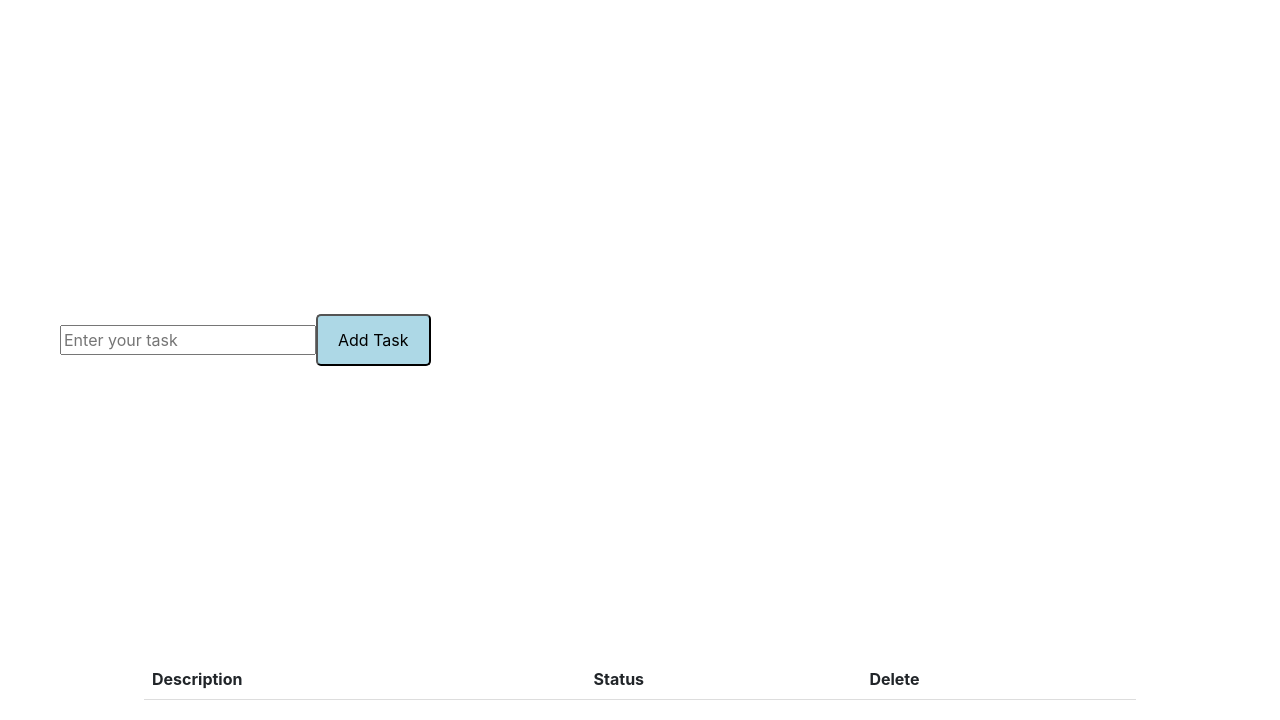
Repository: 12Arc/todoapp
Page: / (app in client/)
The author's editor kept a copy of each file at every save. The page is drawn from the files as they stood at one save, then again after the next save.
The browser window is 1280 px wide. The pictures show the whole page.
The page's requests for data from a server got no answer. Some web libraries are served in a nearby version. The project was rebuilt for these pictures with package versions that can differ from the ones it lists, and the page was loaded fresh each time. No one was signed in, and anything a server would have sent is missing.

Above is the page before, as saved 2024-05-14 00:01:28.

### client/src/App.js
import React, { Fragment } from "react";
import "./App.css";

// Components
import AddTask from './components/Input';
import ListTodo from "./components/List";

function App() {
  return (

      <div className="main-container">

          <AddTask />

          <ListTodo />

    </div>

  );
}

export default App;

### client/src/App.css
.App {
  text-align: center;
}

.App-logo {
  height: 40vmin;
  pointer-events: none;
}

@media (prefers-reduced-motion: no-preference) {
  .App-logo {
    animation: App-logo-spin infinite 20s linear;
  }
}

.main-container {
  display: flex;
  flex-direction: column;
  align-items: center;
  justify-content: flex-start;
  width: 100vw;
  min-height: 100vh;
  padding: 20px;
}

/* Optional: Adjustments if you prefer side-by-side layout */








.App-header {
  background-color: #282c34;
  min-height: 100vh;
  display: flex;
  flex-direction: column;
  align-items: center;
  justify-content: center;
  font-size: calc(10px + 2vmin);
  color: white;
}

.App-link {
  color: #61dafb;
}

@keyframes App-logo-spin {
  from {
    transform: rotate(0deg);
  }
  to {
    transform: rotate(360deg);
  }
}

### client/src/components/Input.js
import React, {useState} from 'react';
import '../styles.css'; // Import the CSS directly
import axios from 'axios'


const AddTask= ()=>{
    //axios.defaults.baseURL = "http://localhost:8080";
    const[task, setTask] = useState("")
    const handleChange=(e)=>{
        setTask(e.target.value)

    }
    const handleSubmit=async(e)=>{
        e.preventDefault()
        try{
            const response = await axios.post('http://localhost:8080/todolist/add',{task} )
            console.log(response.data)
            setTask("")
            alert("Task added!")


        }catch(error){
            console.log("Error in posting task", error)
        }

    }

    return (

        <div className="box">
            <form className="inputbox" onSubmit={handleSubmit}>
                <input
                    type="text"
                    placeholder="Enter your task"
                    value={task}
                    onChange={handleChange}/>
                <button className="button" type="submit" >Add Task</button>
            </form>
        </div>
    )
}

export default AddTask

### client/src/components/List.js
import React, {useState, Fragment, useEffect} from 'react'
import axios from 'axios'
import '../styles.css';
const ListTodo = ()=>{

    const [List, setList] = useState([])

    const getTodo = async()=>{
        try{
            const response = await axios.get("http://localhost:8080/todolist/",List)
            setList(response.data)
        }catch(err){
            console.error(err.message)
        }
    }
    useEffect(() => {
        getTodo();
      }, []);
    console.log(List)

    return (

        <Fragment>
            <table >
                <thead>
                    <tr>
                    <th>Description</th>
                    <th>Status</th>
            <       th>Delete</th>
                    </tr>
                </thead>
                <tbody>
                {List.map(item=>(
                    <tr key={item._id}>
                        <td>{item.task}</td>
                        <td><button>Complete</button></td>
                        <td><button>Delete</button></td>

                    </tr>
                ))}
             </tbody>
            </table>
        </Fragment>
    )
}

export default ListTodo

### client/src/styles.css



  /* Styles for the input container */
  .inputbox {
    margin-bottom: 20px; /* Adds space between the input form and the list */
}

  /* Ensure the input field itself is styled appealingly */
  .box, .inputbox {
    width: 100%; /* Use full width to ensure alignment */
    display: block; /* Ensures that elements stack vertically */
    margin: auto; /* Center the box horizontally */
    padding: 20px; /* Provides padding around the content */
}

  /* Reset default margins and paddings */
  body {
    margin: 0;
    padding: 0;
    display: flex;
    justify-content: center;
    align-items: center;
    height: 100vh;
  }

  .button{
    padding: 12px 20px;
    cursor: pointer;
    border-radius: 5px;
    background-color: lightblue;


  }

  table {
    width: 80%; /* Adjust based on your design preference */
    margin: 0 auto; /* Center the table horizontally within its container */
    border-collapse: collapse; /* Clean up borders */
}

th, td {
    padding: 8px; /* Padding inside table cells */
    text-align: left; /* Align text to the left */
    border-bottom: 1px solid #ddd; /* Light border for separation */
}

tbody tr:nth-child(odd) {
    background-color: #f9f9f9; /* Zebra striping for rows */
}

Loaded but not shown: client/public/index.html (common file); client/src/index.js (common file); client/src/index.css (common file)

After the next save:
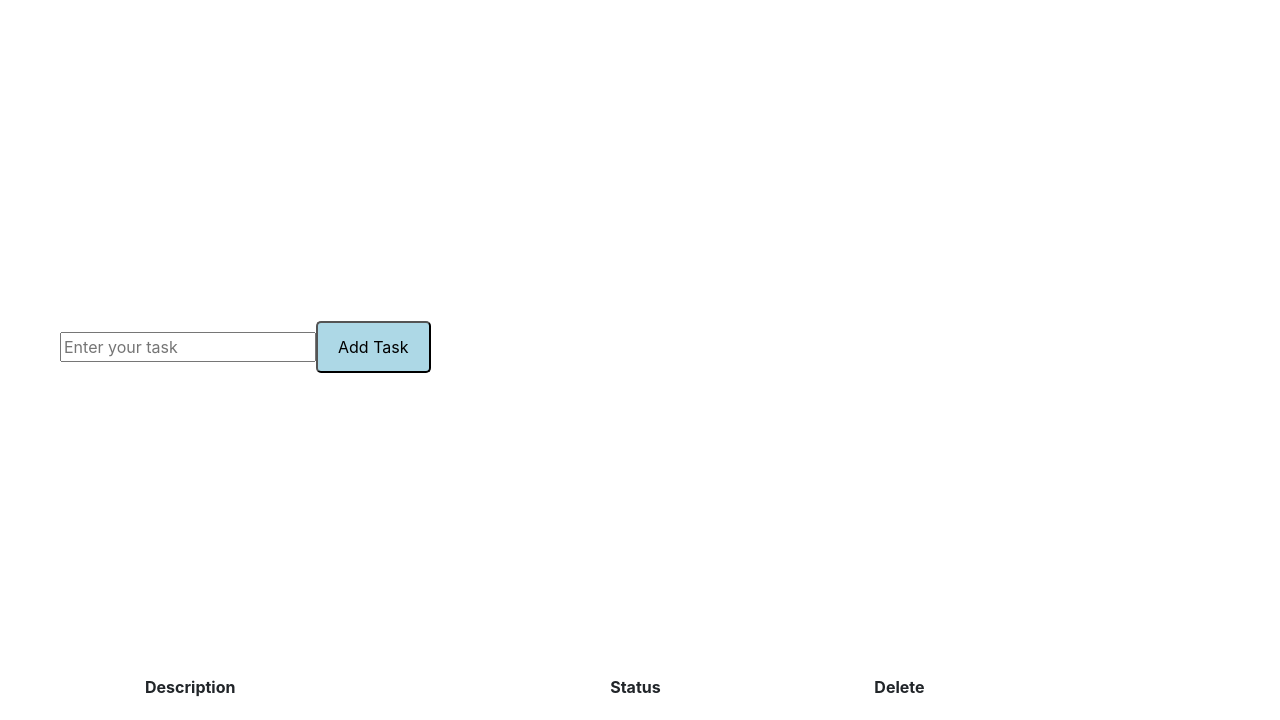
Saved 4 s later.
--- a/client/src/styles.css
+++ b/client/src/styles.css
@@ -38,13 +38,3 @@
     margin: 0 auto; /* Center the table horizontally within its container */
     border-collapse: collapse; /* Clean up borders */
 }
-
-th, td {
-    padding: 8px; /* Padding inside table cells */
-    text-align: left; /* Align text to the left */
-    border-bottom: 1px solid #ddd; /* Light border for separation */
-}
-
-tbody tr:nth-child(odd) {
-    background-color: #f9f9f9; /* Zebra striping for rows */
-}
